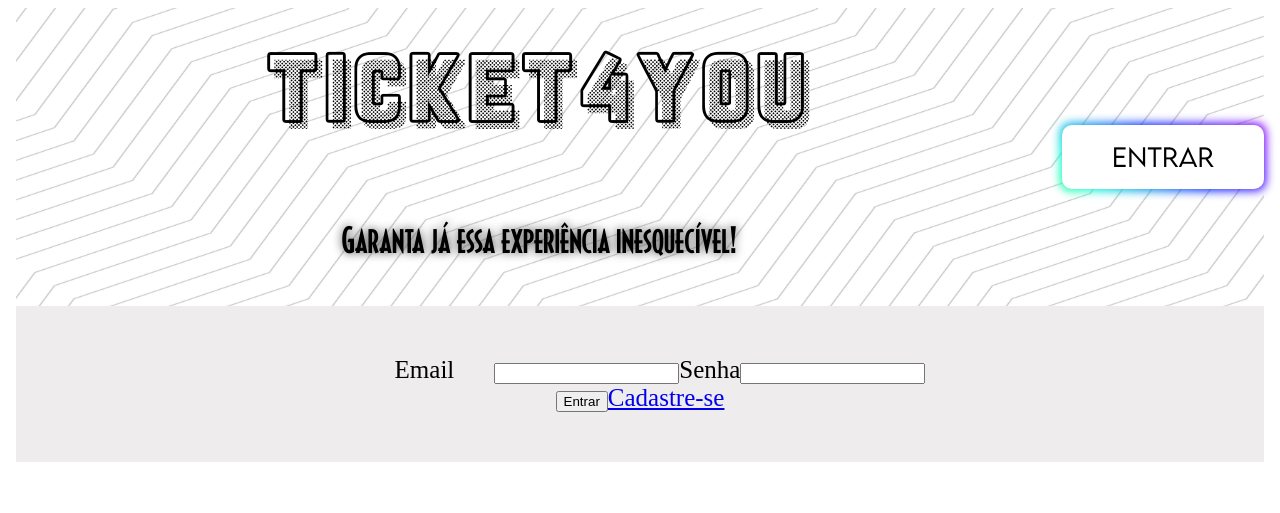
Repository: hellengurgaczz/projeto-DSA
Page: /login
An editor plug-in stored every save of this project. The page is shown before and after the next save, followed by the edit.
The browser window is 1280 px wide. The pictures show the whole page.
The project was rebuilt for these pictures with package versions that can differ from the ones it lists, and the page was loaded fresh each time. Also part of the build but not shown: angular.json, src/app/ingressos/templates/cadastrar/cadastrar.component.ts, src/app/models/ingresso.model.ts, src/app/services/ingresso.service.ts, src/app/compra/comprar-ingresso/comprar-ingresso.component.ts, src/app/models/compra.model.ts, src/app/services/compra.service.ts, src/app/ingressos/templates/deletar/deletar.component.ts and 3 more.

Above is the page before, as saved 2022-05-10 12:30:41.

After the next save:
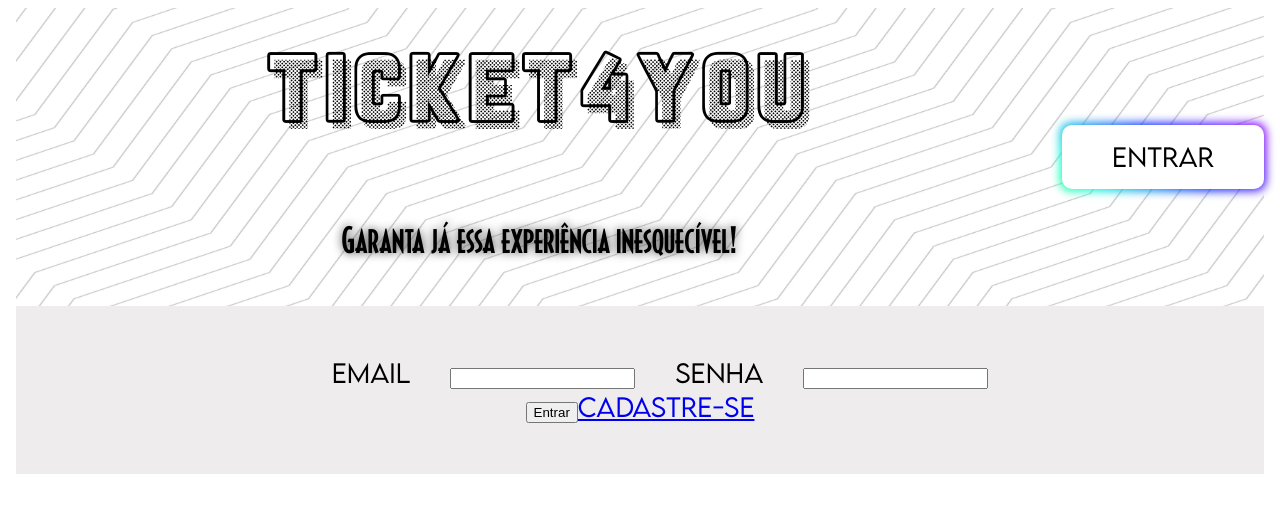
Saved 5 s later.
--- a/src/app/login/login.component.css
+++ b/src/app/login/login.component.css
@@ -9,7 +9,9 @@
   margin: 40px;
 }
 
-.senha
+.senha{
+  margin: 40px;
+}
 
 @font-face{
   font-family: LEMONMILKLight;
